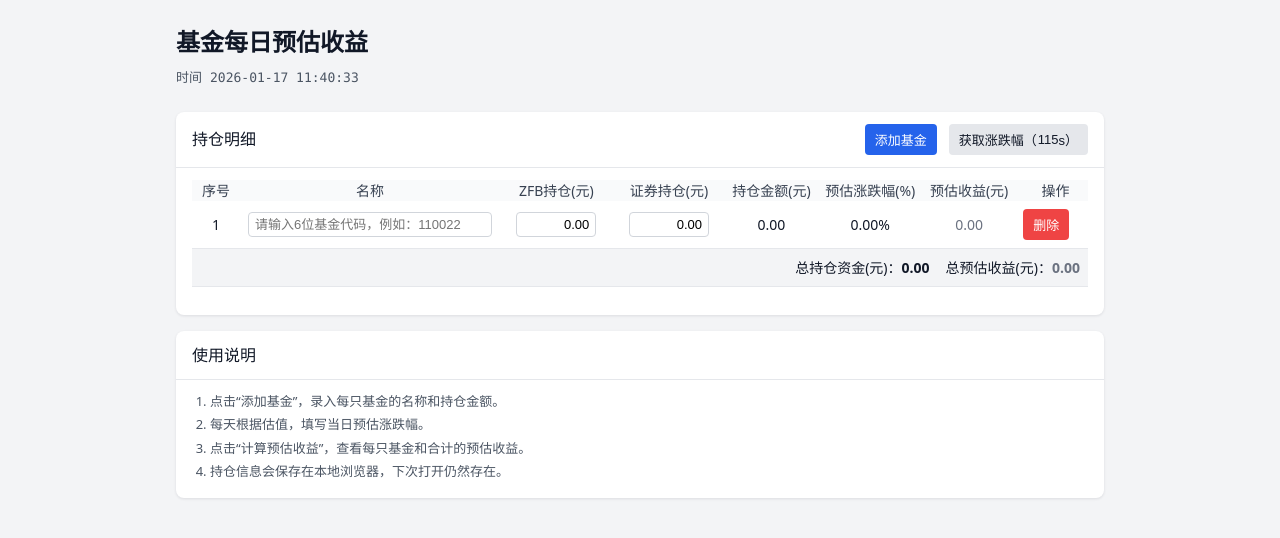
Repository: zt-boom/finance
Page: index.html
The author's editor kept a copy of each file at every save. The page is drawn from the files as they stood at one save, then again after the next save.
The browser window is 1280 px wide. The pictures show the whole page.

Above is the page before, as saved 2026-01-17 14:47:15.

### index.html
<!DOCTYPE html>
<html lang="zh-CN">
<head>
<meta charset="UTF-8">
<title>基金每日预估收益</title>
<meta name="viewport" content="width=device-width,initial-scale=1">
<link rel="stylesheet" href="./style.css">
</head>
<body>
<div class="app">
<header class="app-header">
<h1>基金每日预估收益</h1>
<div class="date-row">
<span>时间</span>
<span id="current-date"></span>
</div>
</header>
<main class="app-main">
<section class="card">
<div class="card-header">
<h2>持仓明细</h2>
<div class="card-header-actions">
<button id="add-fund-btn" class="primary-button">添加基金</button>
<button id="fetch-percent-btn" class="secondary-button">
获取涨跌幅（<span id="auto-refresh-countdown">120</span>s）
</button>
</div>
</div>
<div class="card-body">
<div class="table-wrapper">
<table class="fund-table">
<thead>
<tr>
<th class="index-col">序号</th>
<th>名称</th>
<th>ZFB持仓(元)</th>
<th>证券持仓(元)</th>
<th>持仓金额(元)</th>
<th>预估涨跌幅(%)</th>
<th>预估收益(元)</th>
<th>操作</th>
</tr>
</thead>
<tbody id="fund-table-body"></tbody>
<tfoot>
<tr class="summary-row">
<td colspan="8">
<div class="summary-items">
<div class="summary-left">
<span>总持仓资金(元)：<strong id="total-amount">0.00</strong></span>
<span>总预估收益(元)：<strong id="total-profit">0.00</strong></span>
</div>
</div>
</td>
</tr>
</tfoot>
</table>
</div>
</div>
</section>
<section class="card">
<div class="card-header">
<h2>使用说明</h2>
</div>
<div class="card-body instructions">
<ol>
<li>点击“添加基金”，录入每只基金的名称和持仓金额。</li>
<li>每天根据估值，填写当日预估涨跌幅。</li>
<li>点击“计算预估收益”，查看每只基金和合计的预估收益。</li>
<li>持仓信息会保存在本地浏览器，下次打开仍然存在。</li>
</ol>
</div>
</section>
</main>
</div>
<script src="./main.js"></script>
</body>
</html>

### style.css
* {
box-sizing: border-box;
margin: 0;
padding: 0;
}

body {
font-family: system-ui, -apple-system, BlinkMacSystemFont, "Segoe UI", sans-serif;
background-color: #f3f4f6;
color: #111827;
line-height: 1.5;
}

.app {
max-width: 960px;
margin: 0 auto;
padding: 24px 16px 40px;
}

.app-header {
display: flex;
flex-direction: column;
gap: 8px;
margin-bottom: 24px;
}

.app-header h1 {
font-size: 24px;
font-weight: 600;
color: #111827;
}

.date-row {
display: flex;
gap: 8px;
align-items: center;
font-size: 13px;
color: #4b5563;
}

.date-row span:last-child {
font-family: ui-monospace, SFMono-Regular, Menlo, Monaco, Consolas, "Liberation Mono", "Courier New", monospace;
font-variant-numeric: tabular-nums;
}

.app-main {
display: flex;
flex-direction: column;
gap: 16px;
}

.card {
background-color: #ffffff;
border-radius: 8px;
box-shadow: 0 1px 3px rgba(15, 23, 42, 0.1);
overflow: hidden;
}

.card-header {
display: flex;
justify-content: space-between;
align-items: center;
padding: 12px 16px;
border-bottom: 1px solid #e5e7eb;
}

.card-header h2 {
font-size: 16px;
font-weight: 500;
}

.card-header-actions {
display: flex;
align-items: center;
gap: 12px;
}

.card-body {
padding: 12px 16px 16px;
}

.table-wrapper {
overflow-x: auto;
margin-bottom: 12px;
}

.fund-table {
width: 100%;
border-collapse: collapse;
font-size: 14px;
}

.fund-table td {
border-bottom: 1px solid #e5e7eb;
padding: 8px;
text-align: left;
}

.fund-table th.index-col,
.fund-table td[data-role="row-index"] {
width: 48px;
text-align: center;
}

.fund-table td:nth-child(3),
.fund-table td:nth-child(4),
.fund-table td:nth-child(5),
.fund-table td:nth-child(6),
.fund-table td:nth-child(7) {
text-align: center;
white-space: nowrap;
}

.fund-table thead {
background-color: #f9fafb;
}

.fund-table th {
font-weight: 500;
color: #374151;
text-align: center;
}

.fund-table tbody tr:nth-child(even) {
background-color: #f9fafb;
}

.fund-table input {
width: 100%;
padding: 4px 6px;
font-size: 13px;
border-radius: 4px;
border: 1px solid #d1d5db;
outline: none;
text-align: right;
}

.fund-table input.narrow-number-input {
width: 80px;
margin: 0 auto;
}

.fund-table td:nth-child(2) input {
text-align: left;
}

.fund-table th:nth-child(2),
.fund-table td:nth-child(2) {
width: 260px;
}

.fund-table th:nth-child(8),
.fund-table td:nth-child(8) {
padding-left: 8px;
}

.fund-table input[type="number"]::-webkit-outer-spin-button,
.fund-table input[type="number"]::-webkit-inner-spin-button {
-webkit-appearance: none;
margin: 0;
}

.fund-table input[type="number"] {
-moz-appearance: textfield;
}

.fund-table input:focus {
border-color: #2563eb;
box-shadow: 0 0 0 1px rgba(37, 99, 235, 0.2);
}

.value-positive {
color: #ef4444;
}

.value-negative {
color: #10b981;
}

.value-zero {
color: #6b7280;
}

.summary-row td {
font-weight: 600;
color: #111827;
background-color: #f3f4f6;
}

.summary-items {
display: flex;
flex-wrap: wrap;
gap: 4px 16px;
justify-content: flex-end;
align-items: center;
}

#auto-refresh-countdown {
display: inline-block;
width: 3ch;
text-align: right;
}

.summary-items span {
font-weight: 500;
white-space: nowrap;
}

.summary-left {
display: flex;
flex-wrap: wrap;
gap: 4px 16px;
align-items: center;
}

.primary-button,
.secondary-button,
.danger-button {
border-radius: 4px;
border: none;
cursor: pointer;
font-size: 13px;
padding: 6px 10px;
display: inline-flex;
align-items: center;
justify-content: center;
}

.primary-button {
background-color: #2563eb;
color: #ffffff;
}

.primary-button:hover {
background-color: #1d4ed8;
}

.secondary-button {
background-color: #e5e7eb;
color: #111827;
}

.secondary-button:hover {
background-color: #d1d5db;
}

.danger-button {
background-color: #ef4444;
color: #ffffff;
}

.danger-button:hover {
background-color: #dc2626;
}

.actions-row {
display: none;
}

.instructions {
font-size: 13px;
color: #4b5563;
}

.instructions ol {
padding-left: 18px;
display: flex;
flex-direction: column;
gap: 4px;
}

@media (max-width: 640px) {
.app {
padding-inline: 12px;
}
.card-header {
flex-direction: column;
gap: 8px;
align-items: flex-start;
}
}

### main.js
const STORAGE_KEY = "fund_holdings_v1";

function formatCurrency(value) {
if (Number.isNaN(value)) return "0.00";
return value.toFixed(2);
}

function formatNumber(value) {
if (Number.isNaN(value)) return "";
return value.toFixed(2);
}

function getTodayDateString() {
const now = new Date();
const year = String(now.getFullYear());
const month = String(now.getMonth() + 1).padStart(2, "0");
const day = String(now.getDate()).padStart(2, "0");
const hours = String(now.getHours()).padStart(2, "0");
const minutes = String(now.getMinutes()).padStart(2, "0");
const seconds = String(now.getSeconds()).padStart(2, "0");
return `${year}-${month}-${day} ${hours}:${minutes}:${seconds}`;
}

const fundJsonpRequests = [];

function ensureJsonpHandler() {
if (window._fundJsonpInitialized) {
return;
}
window._fundJsonpInitialized = true;
window.jsonpgz = function (data) {
if (!data || !data.fundcode) {
return;
}
const code = data.fundcode;
while (true) {
let index = -1;
for (let i = 0; i < fundJsonpRequests.length; i += 1) {
if (fundJsonpRequests[i].code === code) {
index = i;
break;
}
}
if (index === -1) {
break;
}
const request = fundJsonpRequests.splice(index, 1)[0];
try {
const value = request.transform ? request.transform(data) : data;
request.resolve(value);
} catch (e) {
if (request.reject) {
if (e instanceof Error) {
request.reject(e);
} else {
request.reject(new Error("解析基金数据失败"));
}
}
}
}
};
}

function fetchFundEstimate(code) {
return new Promise((resolve, reject) => {
if (!code) {
reject(new Error("缺少基金代码"));
return;
}
ensureJsonpHandler();
fundJsonpRequests.push({
code,
resolve,
reject,
transform: data => {
const percent = parseFloat(data.gszzl);
if (Number.isNaN(percent)) {
throw new Error("无效的涨跌幅数据");
}
return percent;
}
});
const script = document.createElement("script");
script.src = `https://fundgz.1234567.com.cn/js/${code}.js?rt=${Date.now()}`;
script.onerror = () => {
for (let i = 0; i < fundJsonpRequests.length; i += 1) {
if (fundJsonpRequests[i].code === code) {
const request = fundJsonpRequests.splice(i, 1)[0];
request.reject(new Error("获取基金数据失败"));
break;
}
}
};
document.body.appendChild(script);
});
}

function fetchFundInfo(code) {
return new Promise((resolve, reject) => {
if (!code) {
reject(new Error("缺少基金代码"));
return;
}
ensureJsonpHandler();
fundJsonpRequests.push({
code,
resolve,
reject,
transform: data => data
});
const script = document.createElement("script");
script.src = `https://fundgz.1234567.com.cn/js/${code}.js?rt=${Date.now()}`;
script.onerror = () => {
for (let i = 0; i < fundJsonpRequests.length; i += 1) {
if (fundJsonpRequests[i].code === code) {
const request = fundJsonpRequests.splice(i, 1)[0];
request.reject(new Error("获取基金数据失败"));
break;
}
}
};
document.body.appendChild(script);
});
}

function parseFundCodeFromName(name) {
if (!name) return null;
const match = name.match(/(\d{6})/);
if (!match) {
return null;
}
return match[1];
}

function loadHoldingsFromStorage() {
try {
const raw = window.localStorage.getItem(STORAGE_KEY);
if (!raw) return [];
const parsed = JSON.parse(raw);
if (!Array.isArray(parsed)) return [];
return parsed;
} catch (e) {
return [];
}
}

function saveHoldingsToStorage(holdings) {
try {
const serialized = JSON.stringify(holdings);
window.localStorage.setItem(STORAGE_KEY, serialized);
} catch (e) {
}
}

function createTableRow(fund) {
const tr = document.createElement("tr");
const indexTd = document.createElement("td");
const nameTd = document.createElement("td");
const zfbAmountTd = document.createElement("td");
const stockAmountTd = document.createElement("td");
const amountTd = document.createElement("td");
const percentTd = document.createElement("td");
const profitTd = document.createElement("td");
const actionsTd = document.createElement("td");
const nameInput = document.createElement("input");
nameInput.type = "text";
nameInput.value = fund.name || "";
nameInput.placeholder = "请输入6位基金代码，例如：110022";
nameInput.addEventListener("change", handleStorageUpdate);
nameInput.addEventListener("keydown", event => {
if (event.key === "Enter") {
event.preventDefault();
const raw = nameInput.value.trim();
const code = parseFundCodeFromName(raw);
if (!code) {
window.alert("请先输入6位基金代码");
return;
}
const rows = document.querySelectorAll('tr[data-role="fund-row"]');
let duplicate = false;
rows.forEach(row => {
const inputs = row.querySelectorAll("input");
const otherNameInput = inputs[0];
if (!otherNameInput || otherNameInput === nameInput) {
return;
}
const otherCode = parseFundCodeFromName(otherNameInput.value.trim());
if (otherCode && otherCode === code) {
duplicate = true;
}
});
if (duplicate) {
window.alert("该基金代码已存在，请不要重复添加");
return;
}
nameInput.disabled = true;
fetchFundInfo(code).then(data => {
nameInput.disabled = false;
if (!data || !data.name) {
window.alert("未能获取基金名称，请检查基金代码");
return;
}
nameInput.value = `${code}  ${data.name}`;
handleStorageUpdate();
}).catch(() => {
nameInput.disabled = false;
window.alert("未能获取基金名称，请检查基金代码或网络连接");
});
}
});
const zfbInput = document.createElement("input");
zfbInput.type = "number";
zfbInput.step = "0.01";
zfbInput.min = "0";
zfbInput.value = fund.zfbAmount != null ? formatCurrency(Number(fund.zfbAmount)) : "0.00";
zfbInput.addEventListener("blur", () => {
const value = parseFloat(zfbInput.value);
const normalized = Number.isNaN(value) ? 0 : value;
zfbInput.value = formatCurrency(normalized);
});
zfbInput.addEventListener("input", () => {
calculateProfit();
});
zfbInput.addEventListener("change", () => {
handleStorageUpdate();
calculateProfit();
});
zfbInput.className = "narrow-number-input";
const stockInput = document.createElement("input");
stockInput.type = "number";
stockInput.step = "0.01";
stockInput.min = "0";
stockInput.value = fund.stockAmount != null ? formatCurrency(Number(fund.stockAmount)) : "0.00";
stockInput.addEventListener("blur", () => {
const value = parseFloat(stockInput.value);
const normalized = Number.isNaN(value) ? 0 : value;
stockInput.value = formatCurrency(normalized);
});
stockInput.addEventListener("input", () => {
calculateProfit();
});
stockInput.addEventListener("change", () => {
handleStorageUpdate();
calculateProfit();
});
stockInput.className = "narrow-number-input";
const amountSpan = document.createElement("span");
amountSpan.dataset.role = "amount-display";
amountSpan.textContent = "0.00";
const percentSpan = document.createElement("span");
percentSpan.textContent = "0.00%";
const profitSpan = document.createElement("span");
profitSpan.textContent = "0.00";
const deleteButton = document.createElement("button");
deleteButton.textContent = "删除";
deleteButton.className = "danger-button";
deleteButton.addEventListener("click", () => {
const inputs = tr.querySelectorAll("input");
const nameValue = inputs[0] ? inputs[0].value.trim() : "";
const zfbValue = inputs[1] ? inputs[1].value.trim() : "";
const stockValue = inputs[2] ? inputs[2].value.trim() : "";
const isEmptyRow = !nameValue && !zfbValue && !stockValue;
if (!isEmptyRow) {
const confirmed = window.confirm("确定要删除这条持仓记录吗？");
if (!confirmed) {
return;
}
}
tr.remove();
handleStorageUpdate();
calculateProfit();
updateRowIndices();
});
indexTd.dataset.role = "row-index";
percentTd.dataset.role = "percent-cell";
profitTd.dataset.role = "profit-cell";
nameTd.appendChild(nameInput);
zfbAmountTd.appendChild(zfbInput);
stockAmountTd.appendChild(stockInput);
amountTd.appendChild(amountSpan);
percentTd.appendChild(percentSpan);
profitTd.appendChild(profitSpan);
actionsTd.appendChild(deleteButton);
tr.appendChild(indexTd);
tr.appendChild(nameTd);
tr.appendChild(zfbAmountTd);
tr.appendChild(stockAmountTd);
tr.appendChild(amountTd);
tr.appendChild(percentTd);
tr.appendChild(profitTd);
tr.appendChild(actionsTd);
tr.dataset.role = "fund-row";
return tr;
}

function readHoldingsFromTable() {
const rows = document.querySelectorAll('tr[data-role="fund-row"]');
const holdings = [];
rows.forEach(row => {
const inputs = row.querySelectorAll("input");
const nameInput = inputs[0];
const zfbInput = inputs[1];
const stockInput = inputs[2];
const name = nameInput.value.trim();
const zfbAmount = parseFloat(zfbInput.value);
const stockAmount = parseFloat(stockInput.value);
const hasZfb = !Number.isNaN(zfbAmount) && zfbAmount > 0;
const hasStock = !Number.isNaN(stockAmount) && stockAmount > 0;
if (!name && !hasZfb && !hasStock) {
return;
}
holdings.push({
name,
zfbAmount: hasZfb ? zfbAmount : 0,
stockAmount: hasStock ? stockAmount : 0
});
});
return holdings;
}

function handleStorageUpdate() {
const holdings = readHoldingsFromTable();
saveHoldingsToStorage(holdings);
}

function populateTableFromStorage() {
const tbody = document.getElementById("fund-table-body");
tbody.innerHTML = "";
const holdings = loadHoldingsFromStorage();
if (holdings.length === 0) {
const row = createTableRow({ name: "", zfbAmount: null, stockAmount: null });
tbody.appendChild(row);
updateRowIndices();
calculateProfit();
return;
}
holdings.forEach(fund => {
const row = createTableRow({
name: fund.name || "",
zfbAmount: fund.zfbAmount != null ? fund.zfbAmount : null,
stockAmount: fund.stockAmount != null ? fund.stockAmount : null
});
tbody.appendChild(row);
});
updateRowIndices();
calculateProfit();
}

function calculateProfit() {
const rows = document.querySelectorAll('tr[data-role="fund-row"]');
let totalProfit = 0;
let totalHoldingAmount = 0;
rows.forEach(row => {
const inputs = row.querySelectorAll("input");
const zfbInput = inputs[1];
const stockInput = inputs[2];
const amountSpan = row.querySelector('span[data-role="amount-display"]');
const percentCell = row.querySelector('td[data-role="percent-cell"] span');
const profitCell = row.querySelector('td[data-role="profit-cell"] span');
const zfbAmount = zfbInput ? parseFloat(zfbInput.value) : NaN;
const stockAmount = stockInput ? parseFloat(stockInput.value) : NaN;
const normalizedZfb = Number.isNaN(zfbAmount) ? 0 : zfbAmount;
const normalizedStock = Number.isNaN(stockAmount) ? 0 : stockAmount;
const amount = normalizedZfb + normalizedStock;
const percent = percentCell ? parseFloat(percentCell.textContent) : NaN;
if (amountSpan) {
amountSpan.textContent = formatCurrency(amount);
}
if (amount > 0) {
totalHoldingAmount += amount;
}
if (!profitCell) {
return;
}
if (amount <= 0 || Number.isNaN(percent)) {
profitCell.textContent = "0.00";
applyProfitColor(profitCell, 0);
return;
}
const profit = amount * percent / 100;
totalProfit += profit;
profitCell.textContent = formatCurrency(profit);
applyProfitColor(profitCell, profit);
});
const totalAmountElement = document.getElementById("total-amount");
if (totalAmountElement) {
totalAmountElement.textContent = formatCurrency(totalHoldingAmount);
}
const totalProfitElement = document.getElementById("total-profit");
totalProfitElement.textContent = formatCurrency(totalProfit);
applyProfitColor(totalProfitElement, totalProfit);
}

function autoFetchPercentages(options) {
const useButton = !options || options.useButton !== false;
const showAlert = !options || options.showAlert !== false;
const rows = document.querySelectorAll('tr[data-role="fund-row"]');
const promises = [];
rows.forEach(row => {
const inputs = row.querySelectorAll("input");
const nameInput = inputs[0];
const name = nameInput ? nameInput.value.trim() : "";
const code = parseFundCodeFromName(name);
if (!code) {
return;
}
const percentCell = row.querySelector('td[data-role="percent-cell"] span');
if (!percentCell) {
return;
}
const promise = fetchFundEstimate(code).then(percent => {
const value = formatNumber(percent);
percentCell.textContent = `${value}%`;
return true;
}).catch(() => false);
promises.push(promise);
});
if (promises.length === 0) {
if (showAlert) {
window.alert("请先在名称中输入包含6位基金代码的内容");
}
return;
}
const fetchButton = useButton ? document.getElementById("fetch-percent-btn") : null;
if (fetchButton) {
fetchButton.disabled = true;
}
Promise.all(promises).then(results => {
const successCount = results.filter(Boolean).length;
if (fetchButton) {
fetchButton.disabled = false;
}
if (successCount === 0) {
if (showAlert) {
window.alert("未能获取任何基金的预估涨跌幅，请检查基金代码或网络连接");
}
return;
}
calculateProfit();
});
}

function applyProfitColor(element, value) {
if (!element) {
return;
}
element.classList.remove("value-positive", "value-negative", "value-zero");
if (Number.isNaN(value)) {
return;
}
if (value > 0) {
element.classList.add("value-positive");
} else if (value < 0) {
element.classList.add("value-negative");
} else {
element.classList.add("value-zero");
}
}

function initApp() {
const dateElement = document.getElementById("current-date");
if (dateElement) {
dateElement.textContent = getTodayDateString();
}
populateTableFromStorage();
const addFundButton = document.getElementById("add-fund-btn");
const fetchPercentButton = document.getElementById("fetch-percent-btn");
const countdownElement = document.getElementById("auto-refresh-countdown");
const autoRefreshSeconds = 120;
let remainingSeconds = autoRefreshSeconds;
function updateCountdown() {
if (countdownElement) {
countdownElement.textContent = String(remainingSeconds);
}
}
function resetCountdown() {
remainingSeconds = autoRefreshSeconds;
updateCountdown();
}
updateCountdown();
if (addFundButton) {
addFundButton.addEventListener("click", () => {
const tbody = document.getElementById("fund-table-body");
const row = createTableRow({ name: "", amount: null });
tbody.appendChild(row);
updateRowIndices();
});
}
if (fetchPercentButton) {
fetchPercentButton.addEventListener("click", () => {
autoFetchPercentages({ useButton: true, showAlert: true });
resetCountdown();
});
}
if (dateElement) {
setInterval(() => {
dateElement.textContent = getTodayDateString();
}, 1000);
}
setInterval(() => {
remainingSeconds -= 1;
if (remainingSeconds <= 0) {
autoFetchPercentages({ useButton: false, showAlert: false });
remainingSeconds = autoRefreshSeconds;
}
updateCountdown();
}, 1000);
}

function updateRowIndices() {
const rows = document.querySelectorAll('tr[data-role="fund-row"]');
rows.forEach((row, index) => {
const indexCell = row.querySelector('td[data-role="row-index"]');
if (indexCell) {
indexCell.textContent = String(index + 1);
}
});
}

if (document.readyState === "loading") {
document.addEventListener("DOMContentLoaded", initApp);
} else {
initApp();
}

After the next save:
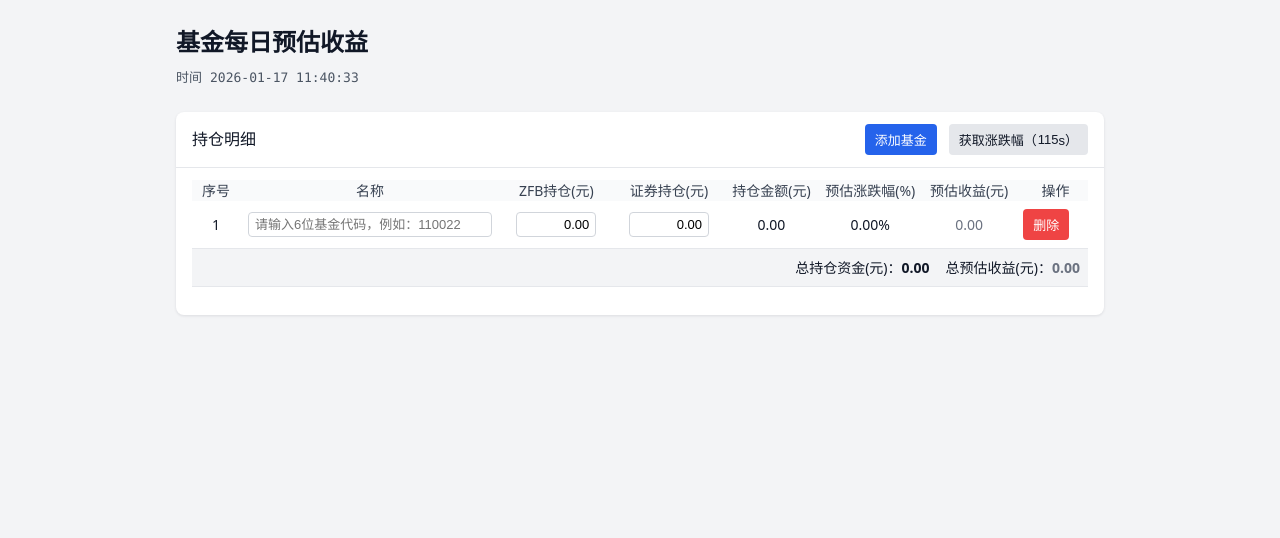
Saved 6 min 12 s later.
--- a/index.html
+++ b/index.html
@@ -58,19 +58,6 @@
 </div>
 </div>
 </section>
-<section class="card">
-<div class="card-header">
-<h2>使用说明</h2>
-</div>
-<div class="card-body instructions">
-<ol>
-<li>点击“添加基金”，录入每只基金的名称和持仓金额。</li>
-<li>每天根据估值，填写当日预估涨跌幅。</li>
-<li>点击“计算预估收益”，查看每只基金和合计的预估收益。</li>
-<li>持仓信息会保存在本地浏览器，下次打开仍然存在。</li>
-</ol>
-</div>
-</section>
 </main>
 </div>
 <script src="./main.js"></script>
